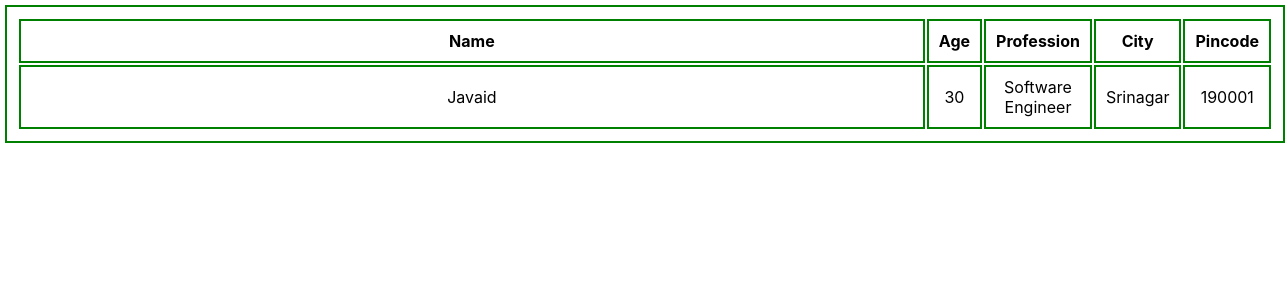
Repository: JavaidAhmadKhan/framer-motion-reacr
Page: /
The author's editor kept a copy of each file at every save. The page is drawn from the files as they stood at one save, then again after the next save.
The browser window is 1280 px wide. The page is 1285 px wide, then 1280 px, so the pictures cover 1285 px, including what lies to the right of the window. The pictures show the whole page.
The project was rebuilt for these pictures with package versions that can differ from the ones it lists, and the page was loaded fresh each time.

Above is the page before, as saved 2022-05-19 17:53:59.

After the next save:
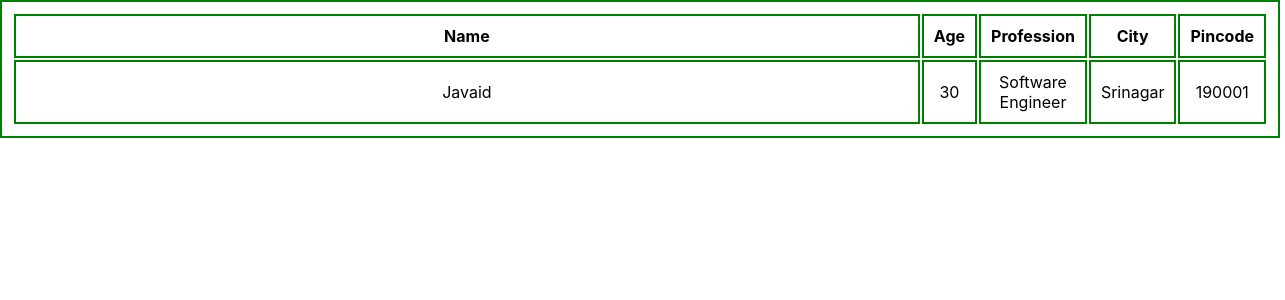
Saved 6 s later.
--- a/src/App.css
+++ b/src/App.css
@@ -4,7 +4,7 @@ td {
   width: 100%;
   border: 2px solid green;
   padding: 10px;
-  margin: 5px;
+  margin: 0px;
   justify-content: center;
   align-items: center;
   text-align: center;
